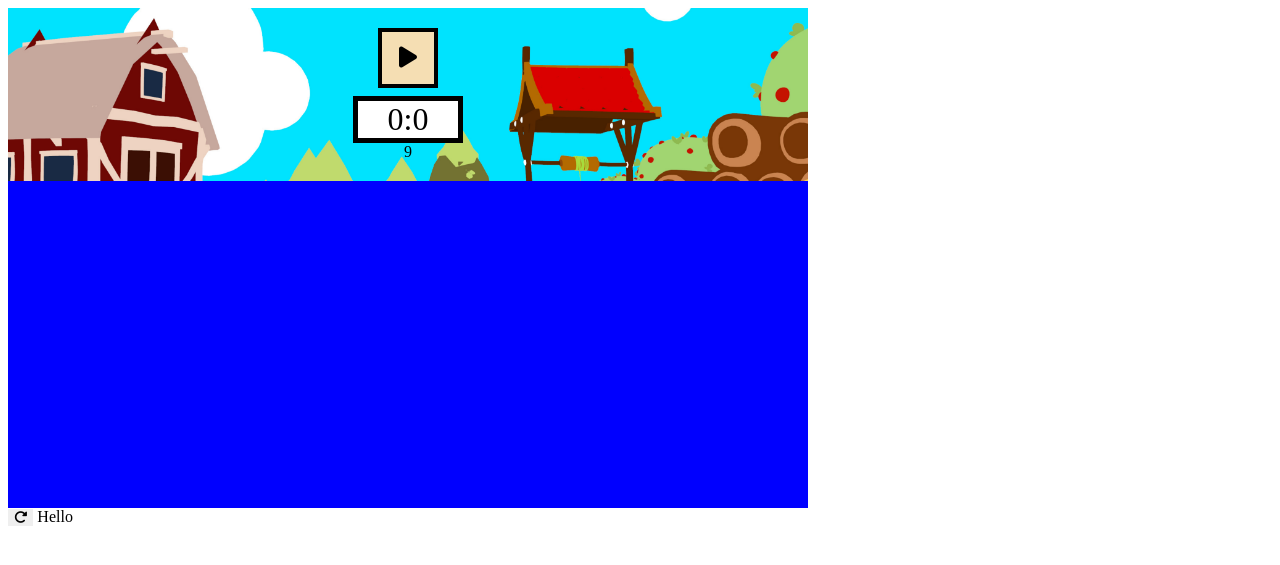
Repository: yoon-dh/JS_Prac
Page: carrot_game/index.html
An editor plug-in stored every save of this project. The page is shown before and after the next save, followed by the edit.
The browser window is 1280 px wide. The pictures show the whole page.
Some web libraries are served in a nearby version.

Above is the page before, as saved 2023-06-23 21:48:57.

After the next save:
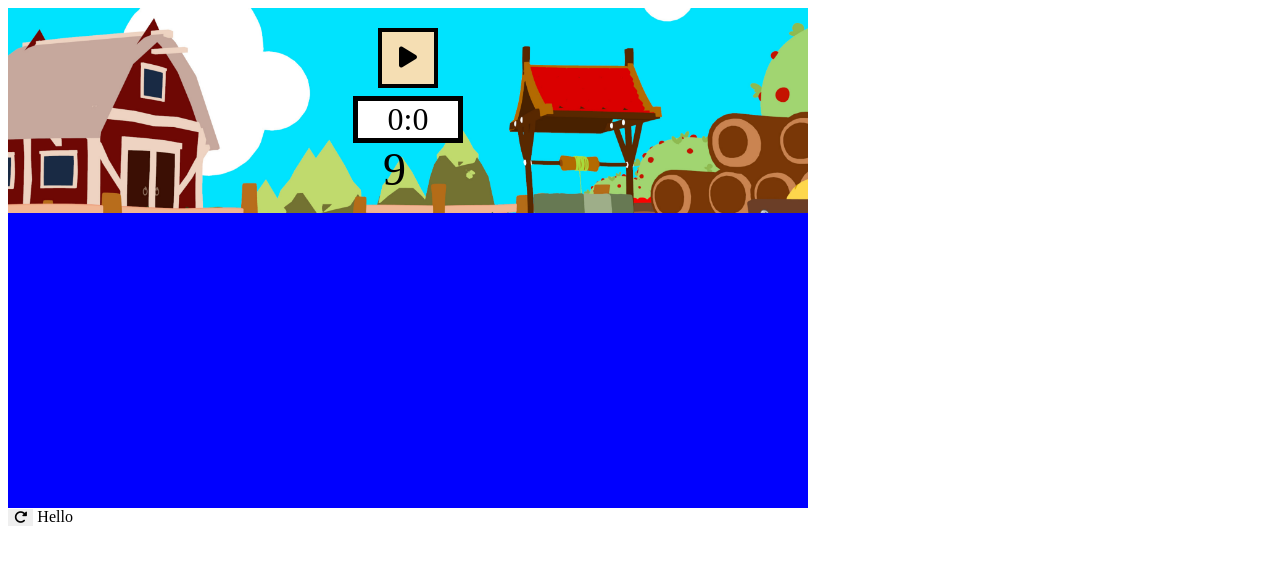
Saved 17 s later.
--- a/carrot_game/style.css
+++ b/carrot_game/style.css
@@ -41,6 +41,12 @@ button {
   margin-top: 8px;
 }
 
+.game__score {
+  width: 50px;
+  height: 50px;
+  font-size: 46px;
+}
+
 .game__field {
   width: 100%;
   height: 100%;
